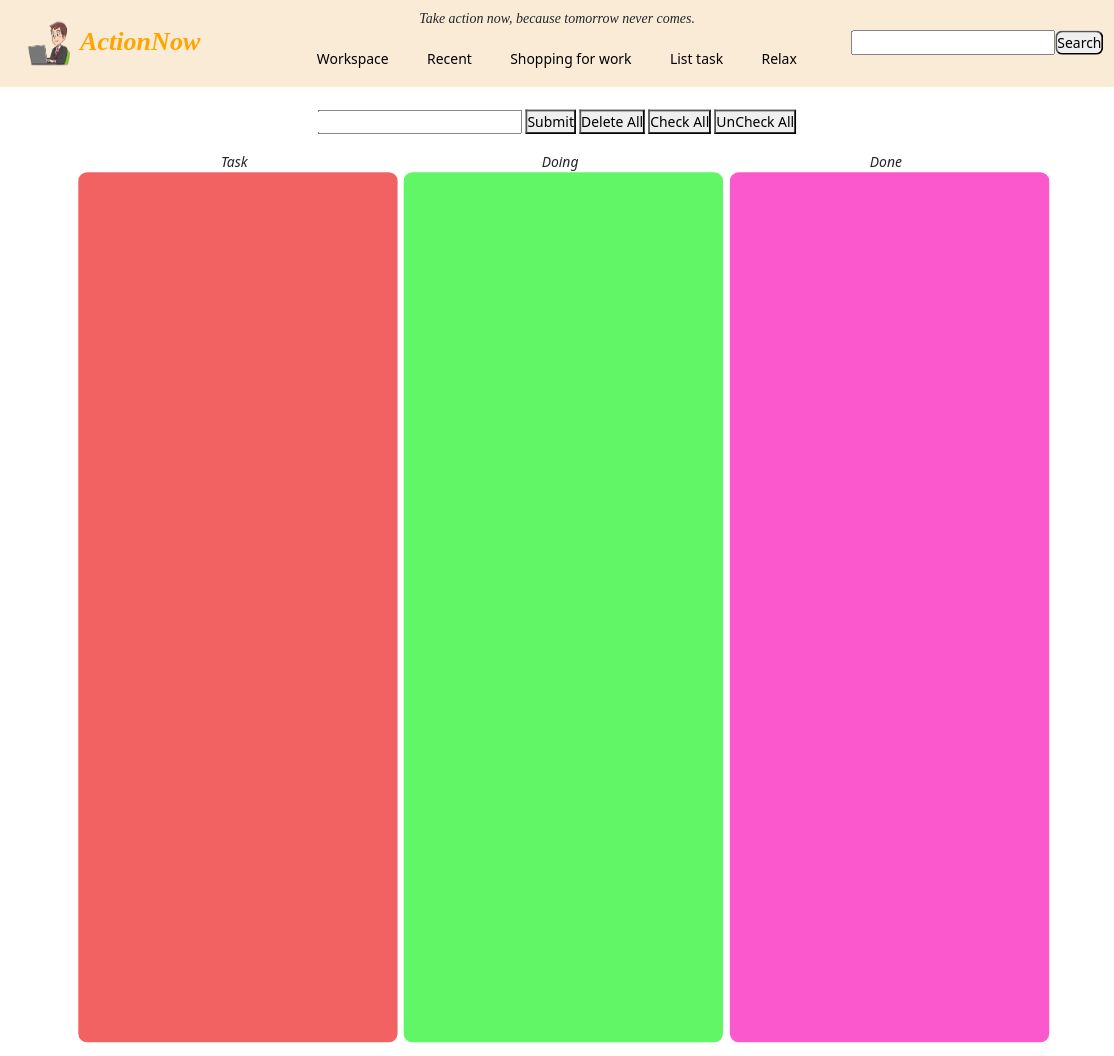
Repository: huavantinh/todo
Page: index.html
An editor plug-in stored every save of this project. The page is shown before and after the next save, followed by the edit.
The browser window is 1280 px wide. The pictures show the whole page, at 87% of full size.

Above is the page before, as saved 2023-04-07 10:58:39.

### index.html
<!DOCTYPE html>
<html lang="en">

<head>
  <meta charset="UTF-8" />
  <meta http-equiv="X-UA-Compatible" content="IE=edge" />
  <meta name="viewport" content="width=device-width, initial-scale=1.0" />
  <title>Document</title>
  <link rel="stylesheet" href="./css/style.css" />
  <link rel="stylesheet" href="https://cdn.jsdelivr.net/npm/bootstrap@5.2.3/dist/css/bootstrap.min.css"
    integrity="sha384-rbsA2VBKQhggwzxH7pPCaAqO46MgnOM80zW1RWuH61DGLwZJEdK2Kadq2F9CUG65" crossorigin="anonymous" />
</head>

<body>
  <nav class="nav-bar navbar navbar-default">
    <div class="container-fluid">
      <div class="brand">
        <!-- line1top -->
        <img src="./css/img/logo-brand.png" alt="Brand" />
        <i id="i1">ActionNow</i>
        <i id="i2">Take action now, because tomorrow never comes.</i>
        <!-- search  -->
        <div class="search-box">
          <input type="text" />
          <button>Search</button>
        </div>
      </div>
      <!-- menu  -->
      <div class="nav-menu">
        <div class="list-menu">
          <a href="">Workspace</a>
          <a href="">Recent</a>
          <a href="">Shopping for work</a>
          <a href="">List task</a>
          <a href="">Relax</a>
        </div>
      </div>
    </div>
  </nav>
  <div>

    <div class="container">
      <div class="add">
        <div class="box-add">
          <div class="d-inline-block position-relative">
            <input id="input-sub" type="text" />
            <span style="
                  color: #656966;
                  font-size: 10px;
                  position: absolute;
                  bottom: 0;
                  right: 0;
                " class="message" id="new-task-message">Please enter new task!</span>
          </div>

          <button id="button-submit" onclick="submit()">Submit</button>
          <button id="delete" onclick="deleteAll()">Delete All</button>
          <button id="checkall" onclick="checkAll(this)">Check All</button>
          <button id="uncheckall" onclick="unCheckAll(this)">
            UnCheck All
          </button>
        </div>
      </div>
      <div class="table">
        <div class="tasklist col-list">
          <i id="i1">Task</i>
          <div id="products" class="col-item col-1"></div>
        </div>

        <div class="doinglist col-list">
          <i id="i2">Doing</i>
          <div id="idoing" class="col-item col-2"></div>
        </div>

        <div class="donelist col-list">
          <i id="i3">Done</i>
          <div id="idoing" class="col-item col-3"></div>
        </div>

      </div>
    </div>
  </div>
  </div>

  <script src="https://code.jquery.com/jquery-3.6.4.min.js"
    integrity="sha256-oP6HI9z1XaZNBrJURtCoUT5SUnxFr8s3BzRl+cbzUq8=" crossorigin="anonymous"></script>
  <script type="text/javascript" src="https://cdn.jsdelivr.net/npm/bootstrap@5.2.3/dist/js/bootstrap.min.js"></script>
  <script src="./app.js"></script>
</body>

</html>

### css/style.css
/* resetcss */
*{
    padding: 0;
    margin: 0;
}

/* Nav */
.container-fluid{
    position: fixed;
    top: 0;
    left: 0;
    right: 0;
    z-index: 99999;
    background-color: antiquewhite;
}


.brand{
    position: relative;
    display: flex;
    width: 100%;
    height: 50px;
}
.nav-menu{
    display: flex;
    justify-content: center;
    width: 100%;
    height: 50px;
    border-radius: 10px;
}
.nav-menu .list-menu{
    position: absolute;
    justify-content: center;
    align-items: center;
    margin-top: 5px;
}
.nav-menu .list-menu a{
    color: black;
    text-decoration: none;
    font-family: inherit;
    font-weight: 450;
    margin: 0 20px;
}
.brand .search-box{
    justify-content: center;
    align-items: center;
    position: absolute;
    right: 0;
    top: 70%;
    display: flex;
    border: none;
    cursor: pointer;
}

.search-box button {
    border-radius: 8px;
}

.search-box button:hover {
    background-color:orange;;
    border-radius: 8px;
}
.brand img {
    position: relative;
    left: 20px;
    position: relative;
    top: 50%;
    width: 50px;
    height: 50px;
    border-color: orange;
}
.brand #i1{
    position: relative;
    left: 20px;
    top: 30%;
    margin: 10px;
    float: left;
    width: 390px;
    max-width: 400px;
    font-size: 30px;
    color: orange;
    font-family: cursive;
    font-weight: 700;
}

.brand #i2{
    justify-content: center;
    align-items: center;
    margin: 10px;
    width: 390px;
    max-width: 400px;
    font-family: cursive;
    font-weight: 500;
}

body{
    position: relative;
    padding-top: 90px;
}


/* content  */
.add  {
    display: flex;
    margin-top: 20px;
}
.box-add{
    margin: auto ;
}

.message
{
    display: none;
}
.error-message {
    display: inline;;
}

.table {
    display: flex;
    width: 100%;
    position: relative;
}

.table .col-list {
    width: 100% / 3;
    margin-top: 20px;
}

.table .col-item {
    display: flex;
    float: left;
    width: calc(1116px / 3 - 5px );
    height: 1000px;
    justify-content: center;
    background-color: rgb(231, 227, 108);
    border-radius: 10px;
    margin-left: 7.5px;
}

.table .col-2 {
    background-color: rgb(96, 246, 101);
}

.table .col-3 {
    background-color: rgb(252, 88, 206);
}


.table .col-list i {
    display: block;
    text-align: center;;
}

.tasklist #products {
    float: left;
    border-radius: 10px;
    width: calc(1116px / 3 - 5px );
    justify-content: center;
    background-color: rgb(243, 98, 98);
    display: inline;
}

#products .product1 {
    position: relative;
    margin-left: 10px;
    border-bottom: 1px solid #636363 ;
    height: 30px;
    align-items: center;
    display: flex;
}
#products .product1 .taskname{
    position: absolute;
    text-overflow: clip;
    display: block;
    width: 70%;
    top: 2px;
}

.checkbox {
    position: absolute;
    margin-right: 10px;
    color: aquamarine;
    right: 70px;
    top: 8px;
}

.product1 button {
    border-radius: 10px;
    background-color: #d6d6d6;
    max-height: 90%;
    position: absolute;
    margin-left: 280px;
}

### app.js
let todos =
  localStorage && localStorage.getItem("todolist")
    ? JSON.parse(localStorage.getItem("todolist"))
    : [];

function submit() {
  let textBox = document.getElementById("input-sub");
  let content = textBox.value;
  let randId = Math.random(); // 0.1235
  document.getElementById("new-task-message").classList.add("error-message");
  if (content == "") {
    onkeydown = function () {
      document
        .getElementById("new-task-message")
        .classList.remove("error-message");
    };
    return;
  } else {
    addContent(content, randId);

    textBox.value = "";

    //f5 =>
    todos.push(content);
    setstorages()
  }
}

function setstorages() {
  localStorage && localStorage.setItem("todolist", JSON.stringify(todos));
}

function addContent(content, randId) {
  document.getElementById("new-task-message").classList.remove("error-message");

  $("#products").append(
    '<div style="color: black" class="product1" id="row' + randId + '">' +
      '<div class="taskname">' + content + '</div>' +
      '<div class="checkbox-item"><input id="' +
      '"  class="checkbox" type="checkbox"  onclick="checkItem(event)"/></div> <button class"delete-item" onclick="deleteItem(event)">Delete</button>' +
      "</div>"
  );
}

function deleteAll() {
  var products = document.getElementById("products");
  products.innerHTML = "";
}

function checkAll() {
  var checkboxes = document.getElementsByClassName("checkbox");
  for (var checkbox of checkboxes) {
    checkbox.checked = true;
    checkbox.closest("div").parentNode.style.color = "red";
  }
}

function unCheckAll() {
  var checkboxes = document.getElementsByClassName("checkbox");
  for (var checkbox of checkboxes) {
    checkbox.checked = false;
    checkbox.closest("div").parentNode.style.color = "orange";
  }
}
var textBox2 = document.getElementById("input-sub");
textBox2.addEventListener("keyup", function (event) {
  if (event.keyCode === 13) {
    submit();
  }
});

function deleteItem(event) {
  var products = document.getElementById("products");
  var arraypro= document.getElementsByClassName("product1");
  var div = event.currentTarget.parentNode;
  // var div2 = event.currentTarget.parentNode.parentNode;

  console.log(div)
  // console.log(div2)

  let index1 = Array.prototype.indexOf.call(arraypro, div );
  let index2 = Array.prototype.indexOf.call(todos, index1);
  todos.splice(index2,1);
  products.removeChild(div);
  setstorages()
}


function checkItem(event) {
  var currenti = event.currentTarget;
  var color = currenti.checked ? "red" : "orange";
  // debugger
  currenti.closest("div").parentNode.style.color = color;
  let div = event.currentTarget.parentNode;
  let div2 = event.currentTarget.parentNode.parentNode;
  console.log(div2);

  //move colum
  let produclist= document.getElementsByClassName("product1");
  // var  produclistj = JSON.parse(produclist);
  let produclistj = Array.from(produclist)
  console.log(produclistj);

  let index1 = Array.prototype.indexOf.call(produclistj, div2 );
  console.log(index1);
  produclistj.splice(index1,1);
  console.log(produclistj);

  //create array and insert to done list
  let doinglist = [];
  doinglist.push(div2);
  console.log(doinglist);
  $("#idoing").append(`<div>` + doinglist + `</div>`)
  // change background color when clicked checkbox
  // var bgcolor = currenti.checked ? "blue" : "";
  // currenti.closest("div").parentNode.style.backgroundColor = bgcolor;
}

document.addEventListener("DOMContentLoaded", function () {
  if (Array.isArray && todos.length > 0) {
    todos.forEach(function printlocal(content, index) {
      addContent(content, index);
    });
  }
});

After the next save:
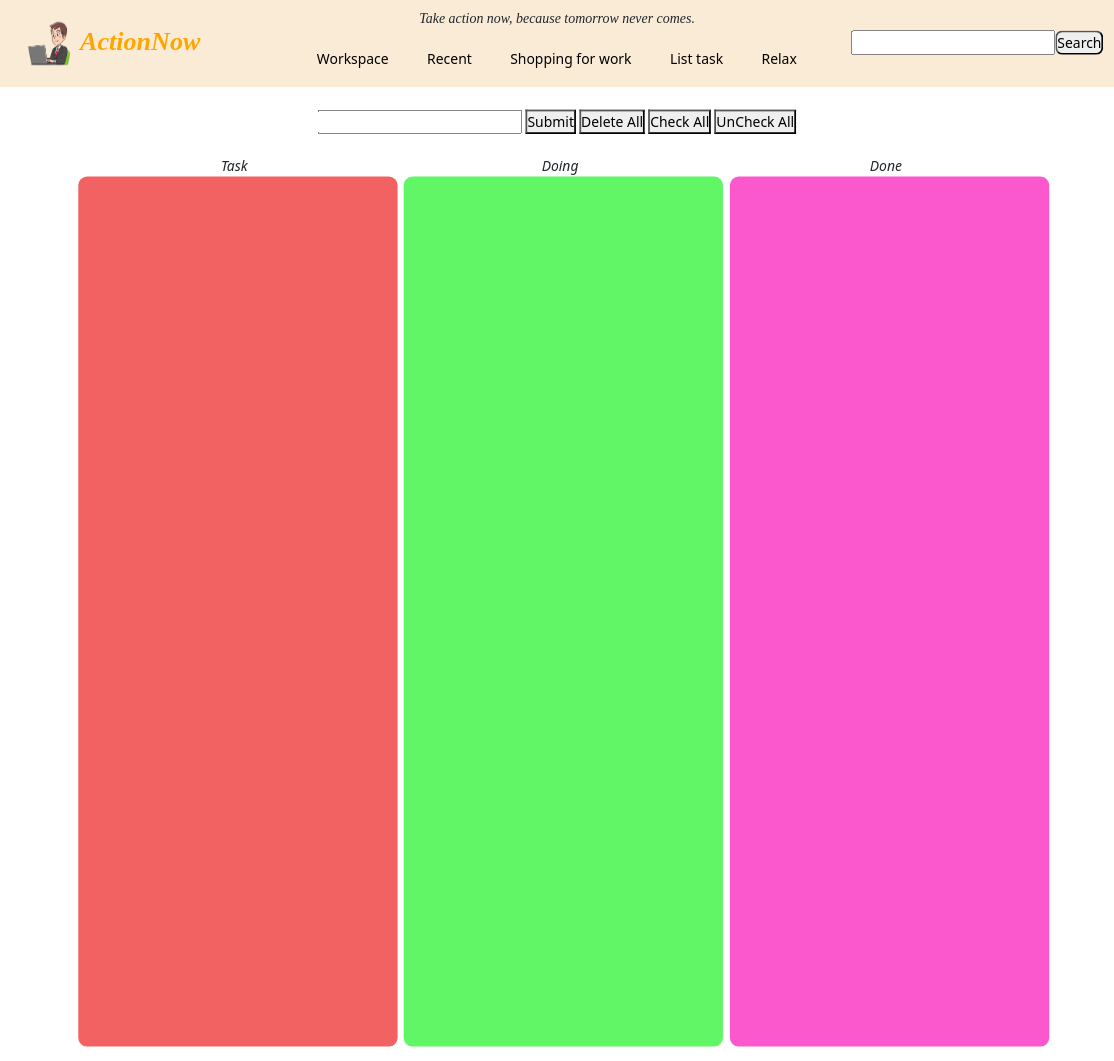
Saved 87 s later.
--- a/css/style.css
+++ b/css/style.css
@@ -149,7 +149,8 @@ body{
 
 .table .col-list i {
     display: block;
-    text-align: center;;
+    text-align: center;
+    margin-top: 5px;
 }
 
 .tasklist #products {
